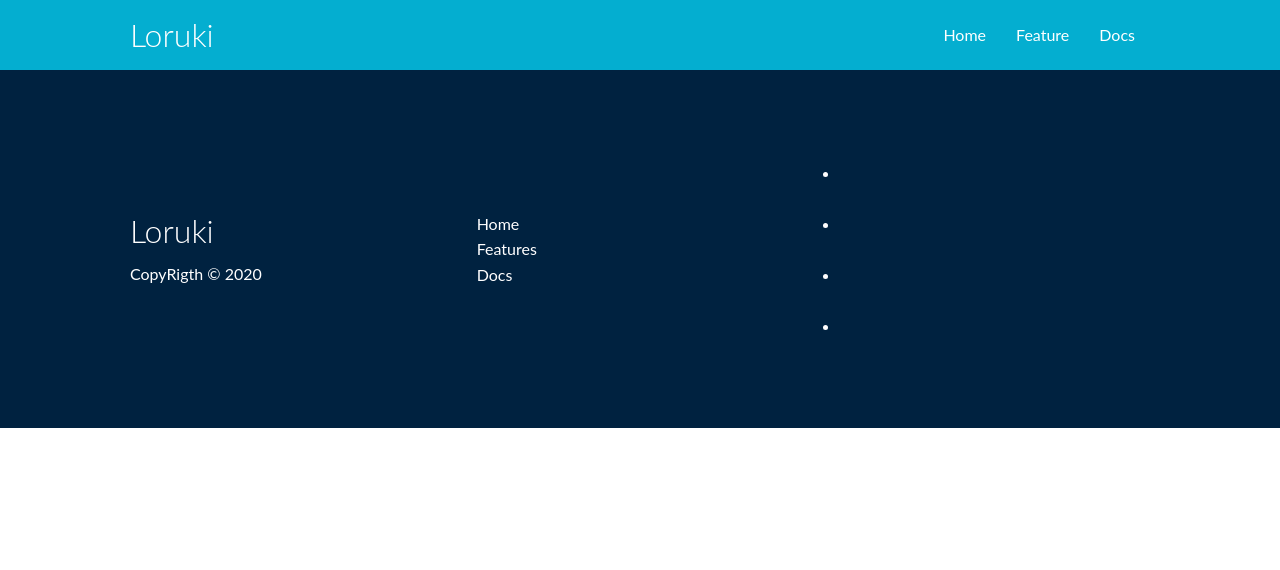
Repository: MosiurRrahman/loruki-app-reactjs
Page: /
An editor plug-in stored every save of this project. The page is shown before and after the next save, followed by the edit.
The browser window is 1280 px wide. The pictures show the whole page.
The project was rebuilt for these pictures with package versions that can differ from the ones it lists, and the page was loaded fresh each time.

Above is the page before, as saved 2021-10-05 11:49:18.

### src/index.js
import React from 'react';
import ReactDOM from 'react-dom';
import Layout from './components/app';
import './index.css';
// import './utilities';






class Root extends React.Component{
  render(){
    return(
      <Layout></Layout>
    );
  }
}




ReactDOM.render(
  <React.StrictMode>
    <Root />
  </React.StrictMode>,
  document.getElementById('root')
);

### src/components/app.jsx
import { Component } from "react";
import Footer from "./common/Footer";
import Header from "./common/Header";

class Layout extends Component {
  render() {
    return (
      <>
        <Header />
        <Footer />
      </>
    );
  }
}
export default Layout;

### src/index.css
/* all css imported */

@import url("./assets/css/main");
@import url("./assets/css/utilities");

### src/components/common/Footer.jsx
import { FontAwesomeIcon } from "@fortawesome/react-fontawesome";
import { Component } from "react";

class Footer extends Component {
  render() {
    return (
      <>
        <footer class="footer bg-dark py-5">
          <div class="container grid grid-3">
            <div>
              <h1>Loruki</h1>
              <p>CopyRigth &copy; 2020</p>
            </div>
            <nav>
              <ul>
                <li>
                  <a href="index.html">Home</a>
                </li>
                <li>
                  <a href="feature.html">Features</a>
                </li>
                <li>
                  <a href="docs.html">Docs</a>
                </li>
              </ul>
            </nav>
            <div class="social">
              <a href="#">
                <FontAwesomeIcon icon="check-square" />
                <li class="fab fa-github fa-2x"></li>
              </a>
              <a href="#">
                <li class="fab fa-facebook fa-2x"></li>
              </a>
              <a href="#">
                <li class="fab fa-instagram fa-2x"></li>
              </a>
              <a href="#">
                <li class="fab fa-linkedin fa-2x"></li>
              </a>
            </div>
          </div>
        </footer>
      </>
    );
  }
}
export default Footer;

### src/components/common/Header.jsx
import { Component } from "react";

class Header extends Component {
  render() {
    return (
      <>
        <div class="navbar">
          <div class="container flex">
            <h1 class="logo">Loruki</h1>
            <nav>
              <ul>
                <li>
                  <a href="index.html">Home</a>
                </li>
                <li>
                  <a href="feature.html">Feature</a>
                </li>
                <li>
                  <a href="docs.html">Docs</a>
                </li>
              </ul>
            </nav>
          </div>
        </div>
      </>
    );
  }
}
export default Header;

### src/assets/css/main.css
:root {
  --primary-color: #04aed0;
  --secondry-color: #04a1c0;
  --dark-color: #002240;
  --light-color: #f4f4ff;
  --success-color: #5cb85c;
  --error-color: #d9534f;
}

* {
  box-sizing: border-box;
  margin: 0;
  padding: 0;
}

body {
  font-family: "lato", sans-serif;
  color: #333333;
  line-height: 1.6;
}

ul {
  list-style-type: none;
}

a {
  text-decoration: none;
  color: #333333;
}

h1,
h2 {
  font-weight: 300;
  line-height: 1.2;
  margin: 10px 0;
}

p {
  margin: 10px 0;
}

img {
  width: 100%;
}

code,
pre {
  background: #333;
  color: #fff;
  padding: 10px;
}

.hidden {
  visibility: hidden;
  height: 0;
}

/* === navbar style === */

.navbar {
  background-color: var(--primary-color);
  color: #ffffff;
  height: 70px;
}

.navbar .flex {
  justify-content: space-between;
}

.navbar ul {
  display: flex;
}

.navbar ul a {
  padding: 10px;
  margin: 0 5px;
  color: #fff;
  transition: 0.3s;
}

.navbar ul a:hover {
  border-bottom: 2px solid #fff;
}

/* === Showcase style === */

.showcase {
  height: 400px;
  background-color: var(--primary-color);
  color: #fff;
  position: relative;
}

.showcase h1 {
  font-size: 40px;
}

.showcase p {
  margin: 20px 0;
}

.showcase .grid {
  overflow: visible;
  grid-template-columns: 55% 45%;
  gap: 30px;
}

body {
  overflow-x: hidden;
}

.showcase-form {
  position: relative;
  top: 60px;
  height: 350px;
  max-width: 400px;
  padding: 40px;
  z-index: 100;
  animation: slideInFromRight 1s ease-in;
}

.showcase-text {
  animation: slideInFromLeft 1s ease-in;
}

.showcase .form-control {
  margin: 30px 0;
}

.showcase input[type="text"],
.showcase input[type="email"] {
  border: 0;
  border-bottom: 1px solid #b4becb;
  width: 100%;
  padding: 3px;
  font-size: 16px;
}

.showcase-form input:focus {
  outline: none;
}

.showcase::before,
.showcase::after {
  content: "";
  position: absolute;
  height: 100px;
  background: #fff;
  left: 0;
  bottom: -60px;
  right: 0;
  transform: skewY(-3deg);
  --webkit-transform: skewY(-3deg);
  --moz-transform: skewY(-3deg);
  --ms-transform: skewY(-3deg);
}

/* ===stats=== */

.stats {
  padding-top: 100px;
  animation: slideInFromBottom 1s ease-in;
}

.stats-heading {
  max-width: 500px;
  margin: auto;
}

.stats .grid h3 {
  font-size: 35px;
}

.stats .grid p {
  font-size: 20px;
  font-weight: bold;
}

/* cli */

.cli .grid {
  grid-template-columns: repeat(3, 1fr);
  grid-template-rows: repeat(2, 1fr);
}

.cli .grid > *:first-child {
  grid-column: 1 / span 2;
  grid-row: 1 / span 2;
}

/* Cloud */

.cloud .grid {
  grid-template-columns: repeat(4fr, 1fr);
}

/* languages */

.languages .flex {
  flex-wrap: wrap;
}

.languages .card {
  text-align: center;
  margin: 18px 10px 40px;
  transition: 0.3s;
}

.languages .card:hover {
  transform: translateY(-15px);
  color: var(--primary-color);
}

.languages .card h4 {
  font-size: 20px;
  margin-bottom: 10px;
}

/* Feature section */

.freatures-head img,
.docs-head img {
  width: 200px;
  justify-self: center;
}

.freatures-sub-head img {
  width: 300px;
  justify-self: flex-end;
}

/* feature main */

.freatures-main .card > i {
  margin-right: 20px;
}

.freatures-main .grid {
  padding: 30px;
}

.freatures-main .grid > *:first-child {
  grid-column: 1 / span 3;
}

.freatures-main .grid > *:nth-child(2) {
  grid-column: 1 / span 2;
}

.freatures-main .grid > *:nth-child(2) {
  justify-content: start;
}

/* dosc */

.docs-main h3 {
  margin: 20px 0;
}

.docs-main .grid {
  grid-template-columns: 1fr 2fr;
  align-items: flex-start;
}

.docs-main nav li {
  font-size: 20px;
  padding-bottom: 5px;
  margin-bottom: 5px;
  border-bottom: 1px solid #ccc;
}

.docs-main nav a:hover {
  color: var(--primary-color);
  font-weight: bold;
}

/* Footer */

.footer .social a {
  margin: 0 10px;
}

.footer .social a li {
  transition: 0.3s;
}

.footer .social a li:hover {
  transform: translateY(-5px);
  color: var(--primary-color);
}

/* Animation */

@keyframes slideInFromLeft {
  0% {
    transform: translateX(-100%);
  }
  100% {
    transform: translateX(0);
  }
}

@keyframes slideInFromRight {
  0% {
    transform: translateX(70%);
  }
  100% {
    transform: translateX(0);
  }
}

@keyframes slideInFromTop {
  0% {
    transform: translateY(-100%);
  }
  100% {
    transform: translateX(0);
  }
}

@keyframes slideInFromBottom {
  0% {
    transform: translateY(100%);
  }
  100% {
    transform: translateX(0);
  }
}

/* ===responsive css ===*/

/* Tablets and under */

@media (max-width: 768px) {
  .grid,
  .showcase .grid,
  .stats .grid,
  .cli .grid,
  .cloud .grid,
  .freature-main .grid,
  .docs-main .grid {
    grid-template-columns: 1fr;
    grid-template-rows: 1fr;
  }
  .showcase {
    height: auto;
  }
  .showcase-text {
    text-align: center;
    margin-top: 40px;
    animation: slideInFromTop 1s ease-in;
  }
  .showcase-form {
    justify-self: center;
    margin: auto;
    animation: slideInFromBottom 1s ease-in;
  }
  .cli .grid > *:first-child {
    grid-column: 1;
    grid-row: 1;
  }
  .freatures-head,
  .freatures-sub-head,
  .docs-head {
    text-align: center;
  }
  .freatures-head img,
  .freatures-sub-head img,
  .docs-head img {
    justify-self: center;
  }
  .freatures-main .grid > *:first-child,
  .freatures-main .grid > *:nth-child(2) {
    grid-column: 1;
  }
}

/* Mobile */

@media (max-width: 500px) {
  .navbar {
    height: 110px;
  }
  .navbar .flex {
    flex-direction: column;
  }
  .navbar ul {
    padding: 10px;
    background: rgba(0, 0, 0, 0.1);
  }
}

/* ===responsive css end ===*/

### src/assets/css/utilities.css
/* === utlities === */

.container {
  max-width: 1100px;
  margin: 0 auto;
  overflow: auto;
  padding: 0 40px;
}

.card {
  background-color: #fff;
  color: #333;
  border-radius: 10px;
  box-shadow: 0 3px 10px rgba(0, 0, 0, 0.2);
  padding: 20px;
  margin: 10px;
}

.card p {
  padding-left: 20px;
}

.btn {
  display: inline-block;
  padding: 10px 30px;
  cursor: pointer;
  background: var(--primary-color);
  color: #fff;
  border: none;
  border-radius: 5px;
  transition: 0.3s;
}

.btn-outline {
  background-color: transparent;
  border: 1px solid #ffffff;
}

.btn:hover {
  transform: translate(5px);
}

/* background and colored buttons */

.btn-primary,
.bg-primary {
  background-color: var(--primary-color);
  color: #ffffff;
}

.btn-secondry,
.bg-secondry {
  background-color: var(--secondry-color);
  color: #ffffff;
}

.btn-dark,
.bg-dark {
  background-color: var(--dark-color);
  color: #ffffff;
}

.btn-light,
.bg-light {
  background-color: var(--light-color);
  color: #333;
}

.btn-primary a,
.bg-primary a,
.btn-secondry a,
.bg-secondry a,
.btn-dark a,
.bg-dark a {
  color: #fff;
}

/* text sizes */

.lead {
  font-size: 20px;
}

.sm {
  font-size: 1rem;
}

.md {
  font-size: 2rem;
}

.lg {
  font-size: 3rem;
}

.xl {
  font-size: 4rem;
}

.text-center {
  text-align: center;
}

.flex {
  display: flex;
  justify-items: center;
  align-items: center;
  height: 100%;
}

.grid {
  display: grid;
  grid-template-columns: repeat(2, 1fr);
  gap: 20px;
  justify-content: center;
  align-items: center;
  height: 100%;
}

.grid-3 {
  grid-template-columns: repeat(3, 1fr);
}

/* alart */

.alert {
  background-color: var(--light-color);
  padding: 10px 20px;
  font-weight: bold;
  margin: 15px 0;
}

.alert i {
  margin-right: 10px;
}

.alert-success {
  background-color: var(--success-color);
  color: #fff;
}

.alert-error {
  background-color: var(--errer-color);
  color: #fff;
}

/* Margin */

.my-1 {
  margin: 1rem 0;
}

.my-2 {
  margin: 1.5rem 0;
}

.my-3 {
  margin: 2rem;
}

.my-4 {
  margin: 3rem 0;
}

.my-5 {
  margin: 4rem 0;
}

.m-1 {
  margin: 1rem;
}

.m-2 {
  margin: 1.5rem;
}

.m-3 {
  margin: 2rem;
}

.m-4 {
  margin: 3rem;
}

.m-5 {
  margin: 4rem;
}

/* padding */

.py-1 {
  padding: 1rem 0;
}

.py-2 {
  padding: 1.5rem 0;
}

.py-3 {
  padding: 2rem;
}

.py-4 {
  padding: 3rem 0;
}

.py-5 {
  padding: 4rem 0;
}

.p-1 {
  padding: 1rem;
}

.p-2 {
  padding: 1.5rem;
}

.p-3 {
  padding: 2rem;
}

.p-4 {
  padding: 3rem;
}

.p-5 {
  padding: 4rem;
}

Loaded but not shown: public/index.html (common file)

After the next save:
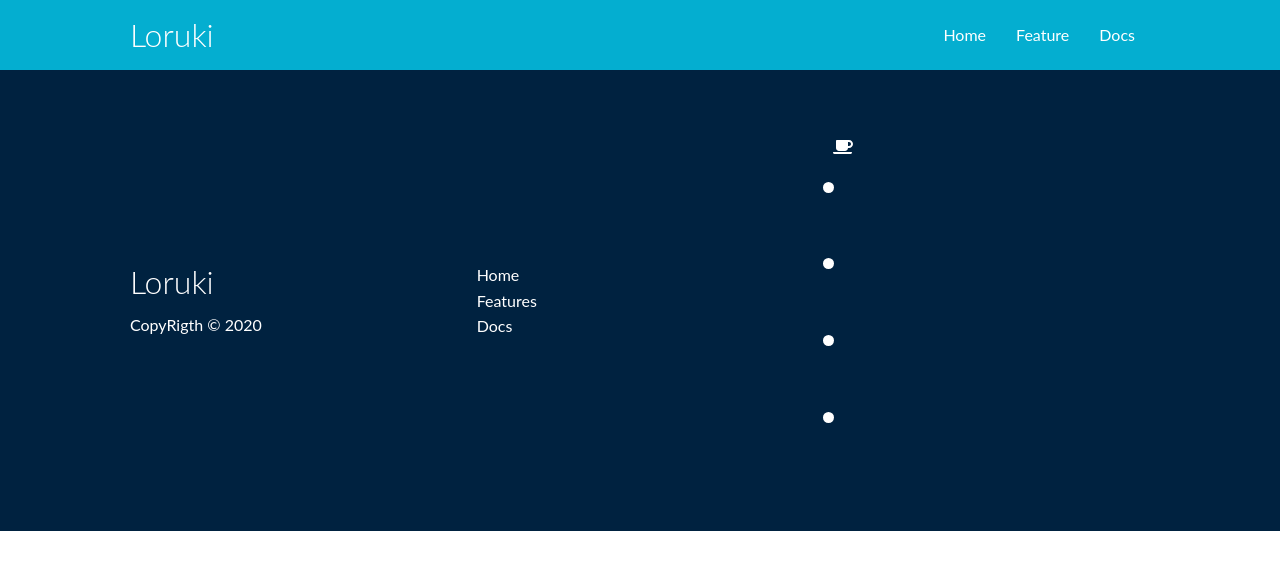
Saved 113 s later.
--- a/src/components/common/Footer.jsx
+++ b/src/components/common/Footer.jsx
@@ -1,3 +1,4 @@
+import { faCoffee } from "@fortawesome/free-solid-svg-icons";
 import { FontAwesomeIcon } from "@fortawesome/react-fontawesome";
 import { Component } from "react";
 
@@ -26,7 +27,7 @@
             </nav>
             <div class="social">
               <a href="#">
-                <FontAwesomeIcon icon="check-square" />
+                <FontAwesomeIcon icon={faCoffee} />
                 <li class="fab fa-github fa-2x"></li>
               </a>
               <a href="#">

After the save that followed:
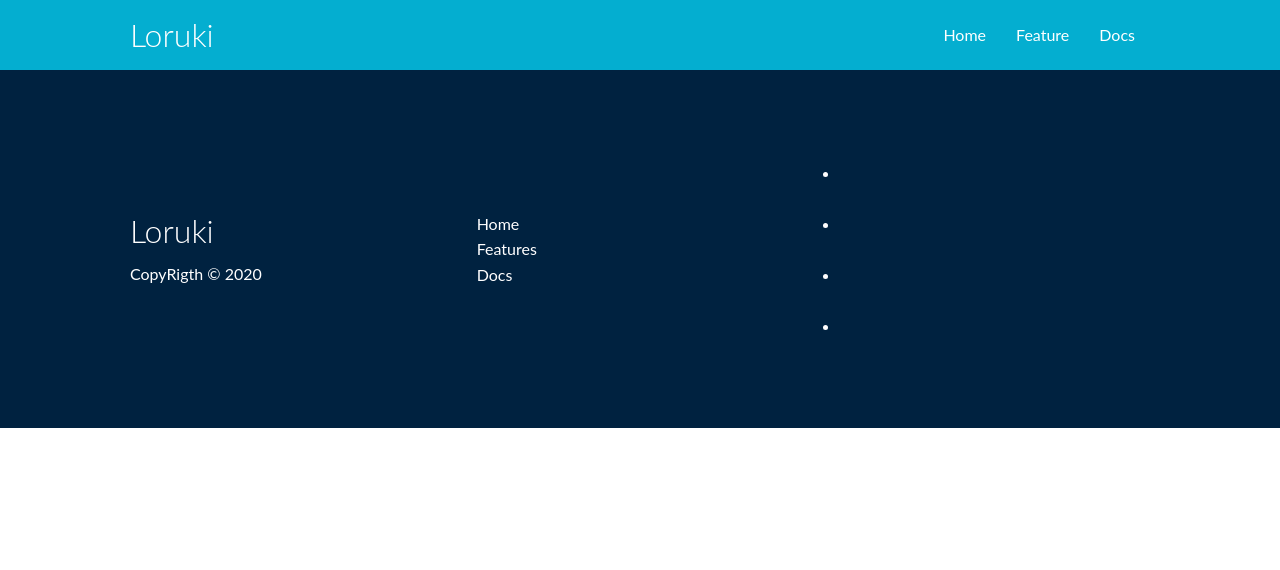
Saved 3 min 33 s later.
--- a/src/components/common/Footer.jsx
+++ b/src/components/common/Footer.jsx
@@ -1,4 +1,4 @@
-import { faCoffee } from "@fortawesome/free-solid-svg-icons";
+import { faGithub } from "@fortawesome/free-solid-svg-icons";
 import { FontAwesomeIcon } from "@fortawesome/react-fontawesome";
 import { Component } from "react";
 
@@ -27,7 +27,7 @@
             </nav>
             <div class="social">
               <a href="#">
-                <FontAwesomeIcon icon={faCoffee} />
+                <FontAwesomeIcon icon={faGithub} />
                 <li class="fab fa-github fa-2x"></li>
               </a>
               <a href="#">
